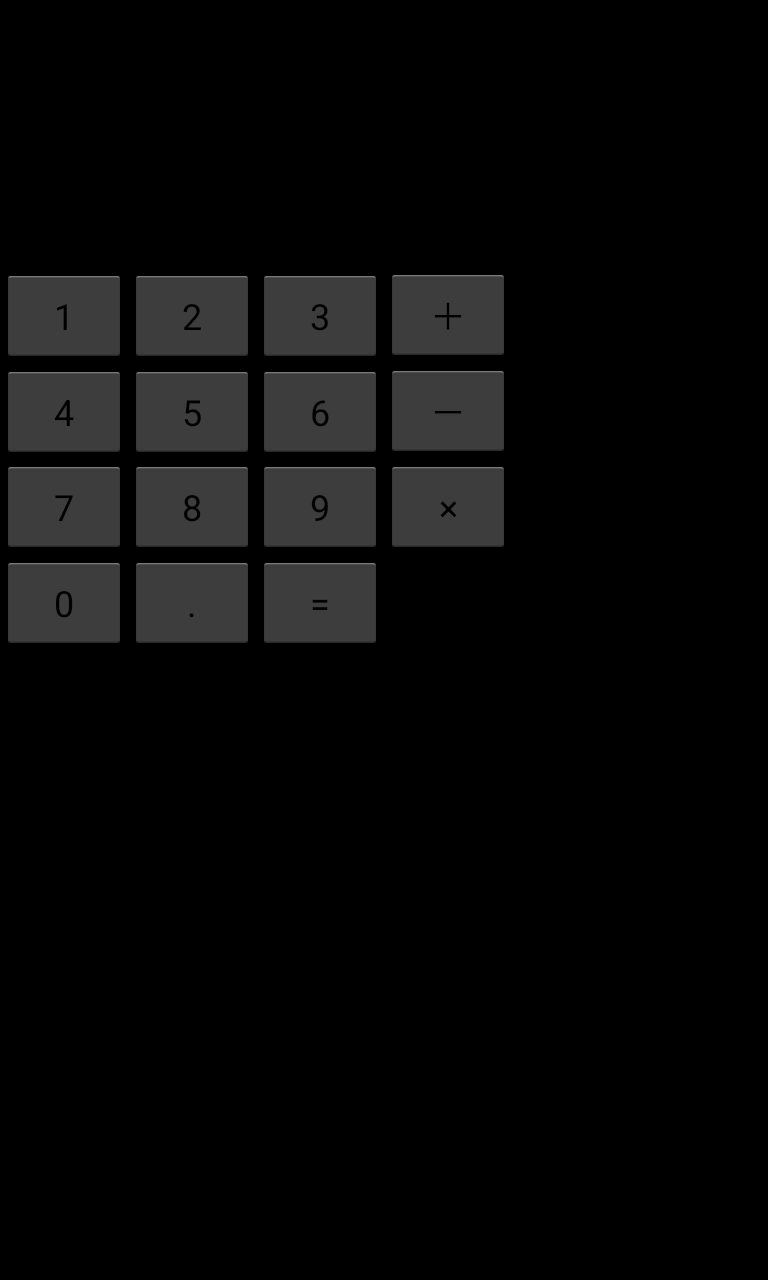
Repository: moetmd/learning-Android
Layout: Calculator/res/layout/activity_main.xml
The author's editor kept a copy of each file at every save. The layout is drawn from the files as they stood at one save, then again after the next save.
It is drawn on a 768 x 1280 px phone screen (xhdpi) without system bars, with theme AppTheme; the app's code is not run.

Above is the layout before, as saved 2014-11-19 12:58:37.

### Calculator/res/layout/activity_main.xml
<FrameLayout xmlns:android="http://schemas.android.com/apk/res/android"
    xmlns:tools="http://schemas.android.com/tools"
    android:id="@+id/container"
    android:background="#000"
    android:layout_width="match_parent"
    android:layout_height="match_parent"
    tools:context="com.niit.calculator.MainActivity"
    tools:ignore="MergeRootFrame" >

    <LinearLayout
        android:layout_width="match_parent"
        android:layout_height="match_parent"
        android:orientation="vertical" >


        <!-- 屏幕    独占一行 -->

        <TextView
            android:id="@+id/textView1"
            android:layout_width="match_parent"
            android:layout_height="wrap_content"
            android:textSize="100sp"
            android:text="0"
            android:textAppearance="?android:attr/textAppearanceLarge" />

        <!-- 第一行数字键 -->
        <LinearLayout
            android:layout_width="match_parent"
            android:layout_height="wrap_content" >
            <Button
                android:id="@+id/button1"
                android:layout_width="wrap_content"
                android:layout_height="wrap_content"
                android:text="1" />

            <Button
                android:id="@+id/button2"
                android:layout_width="wrap_content"
                android:layout_height="wrap_content"
                android:text="2" />

            <Button
                android:id="@+id/button3"
                android:layout_width="wrap_content"
                android:layout_height="wrap_content"
                android:text="3" />

            <Button
                android:id="@+id/button4"
                android:layout_width="wrap_content"
                android:layout_height="wrap_content"
                android:text="＋" />
        </LinearLayout>
        <!-- 第一行数字键结束 -->

       	<!-- 第二行数字键 -->
        <LinearLayout
            android:layout_width="match_parent"
            android:layout_height="wrap_content" >
            <Button
                android:id="@+id/button1"
                android:layout_width="wrap_content"
                android:layout_height="wrap_content"
                android:text="4" />

            <Button
                android:id="@+id/button2"
                android:layout_width="wrap_content"
                android:layout_height="wrap_content"
                android:text="5" />

            <Button
                android:id="@+id/button3"
                android:layout_width="wrap_content"
                android:layout_height="wrap_content"
                android:text="6" />

            <Button
                android:id="@+id/button4"
                android:layout_width="wrap_content"
                android:layout_height="wrap_content"
                android:text="－" />
        </LinearLayout>
        <!-- 第二行数字键结束 -->

        <!-- 第三行数字键 -->
        <LinearLayout
            android:layout_width="match_parent"
            android:layout_height="wrap_content" >
            <Button
                android:id="@+id/button1"
                android:layout_width="wrap_content"
                android:layout_height="wrap_content"
                android:text="7" />

            <Button
                android:id="@+id/button2"
                android:layout_width="wrap_content"
                android:layout_height="wrap_content"
                android:text="8" />

            <Button
                android:id="@+id/button3"
                android:layout_width="wrap_content"
                android:layout_height="wrap_content"
                android:text="9" />

            <Button
                android:id="@+id/button4"
                android:layout_width="wrap_content"
                android:layout_height="wrap_content"
                android:text="×" />
        </LinearLayout>
        <!-- 第三行数字键结束 -->

        <!-- 第四行数字键 -->

        <LinearLayout
            android:layout_width="match_parent"
            android:layout_height="wrap_content" >

            <Button
                android:id="@+id/button1"
                android:layout_width="wrap_content"
                android:layout_height="wrap_content"
                android:text="0" />

            <Button
                android:id="@+id/button2"
                android:layout_width="wrap_content"
                android:layout_height="wrap_content"
                android:text="." />

            <Button
                android:id="@+id/button3"
                android:layout_width="wrap_content"
                android:layout_height="wrap_content"
                android:text="=" />
        </LinearLayout>

        <!-- 第四行数字键结束 -->

    </LinearLayout>

</FrameLayout>

Loaded but not shown: Calculator/res/values/styles.xml (common file); Calculator/res/values-v11/styles.xml (common file); Calculator/res/values-v14/styles.xml (common file)

After the next save:
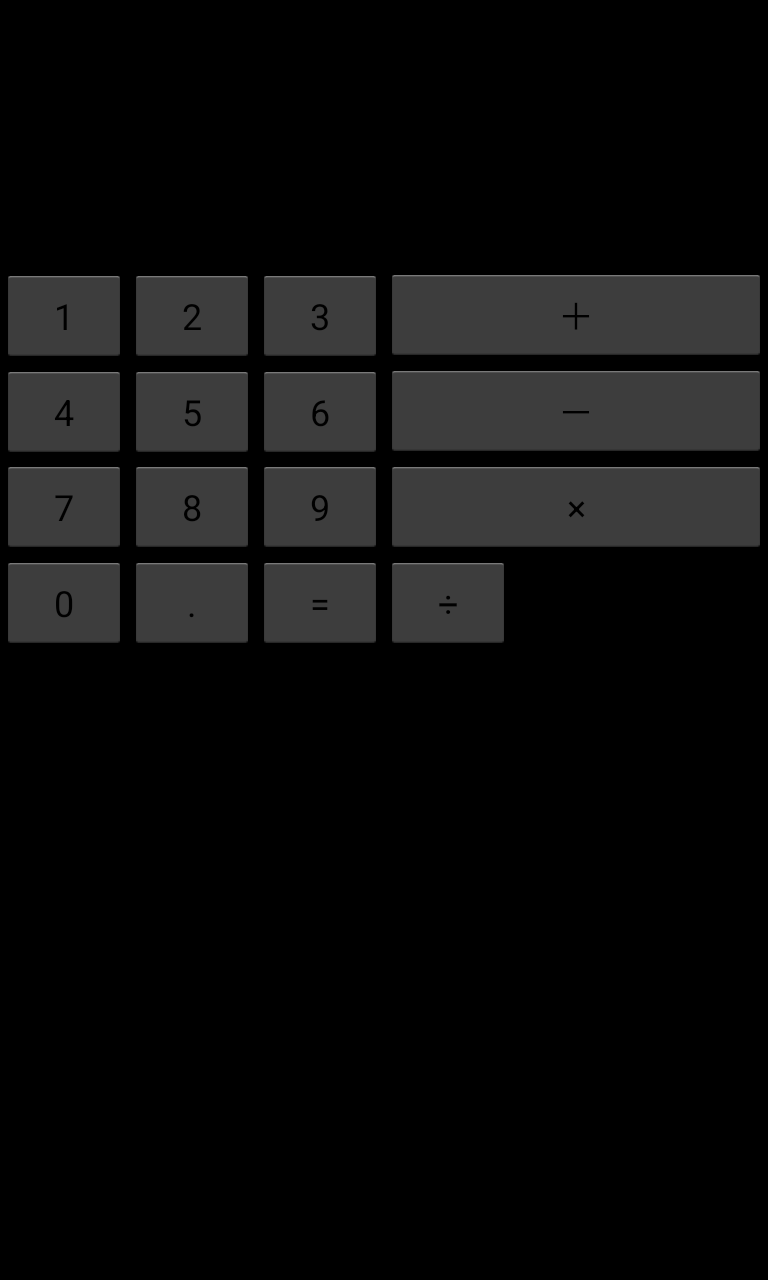
Saved 69 s later.
--- a/Calculator/res/layout/activity_main.xml
+++ b/Calculator/res/layout/activity_main.xml
@@ -24,9 +24,11 @@
             android:textAppearance="?android:attr/textAppearanceLarge" />
 
         <!-- 第一行数字键 -->
+
         <LinearLayout
             android:layout_width="match_parent"
             android:layout_height="wrap_content" >
+
             <Button
                 android:id="@+id/button1"
                 android:layout_width="wrap_content"
@@ -47,10 +49,12 @@
 
             <Button
                 android:id="@+id/button4"
-                android:layout_width="wrap_content"
+                android:layout_width="match_parent"
                 android:layout_height="wrap_content"
                 android:text="＋" />
+
         </LinearLayout>
+
         <!-- 第一行数字键结束 -->
 
        	<!-- 第二行数字键 -->
@@ -77,7 +81,7 @@
 
             <Button
                 android:id="@+id/button4"
-                android:layout_width="wrap_content"
+                android:layout_width="match_parent"
                 android:layout_height="wrap_content"
                 android:text="－" />
         </LinearLayout>
@@ -107,7 +111,7 @@
 
             <Button
                 android:id="@+id/button4"
-                android:layout_width="wrap_content"
+                android:layout_width="match_parent"
                 android:layout_height="wrap_content"
                 android:text="×" />
         </LinearLayout>
@@ -136,6 +140,12 @@
                 android:layout_width="wrap_content"
                 android:layout_height="wrap_content"
                 android:text="=" />
+
+            <Button
+                android:id="@+id/button3"
+                android:layout_width="wrap_content"
+                android:layout_height="wrap_content"
+                android:text="÷" />
         </LinearLayout>
 
         <!-- 第四行数字键结束 -->
